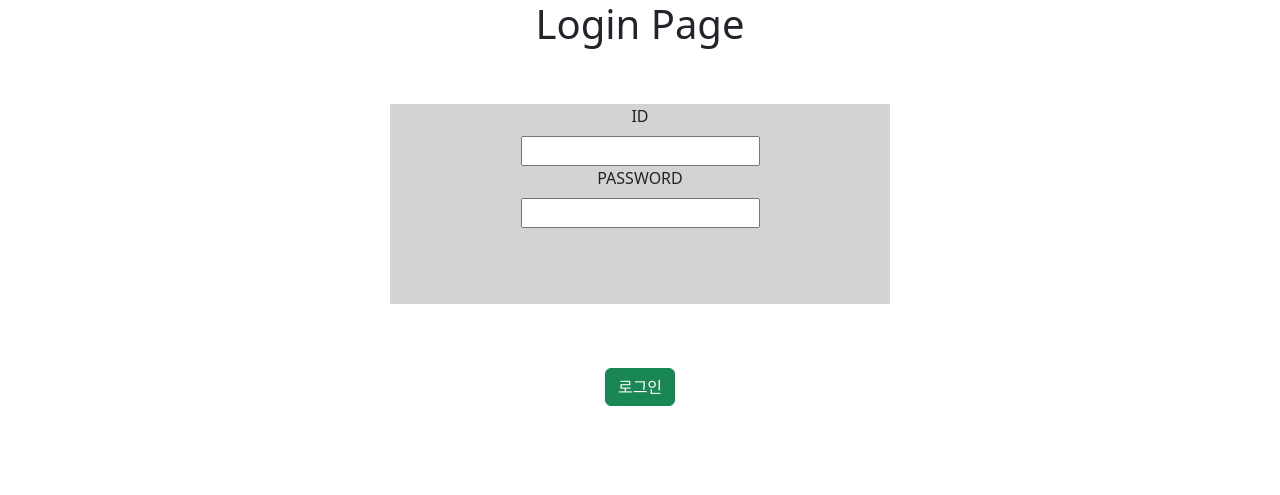
Repository: doridori890130/JSP
Page: http://localhost/jsp_project/mem/login
These files come from the project's save history. The page is drawn as it stood at one moment and after the next save; the edit follows.
The browser window is 1280 px wide. The pictures show the whole page.
The page is served by Tomcat 9.

Above is the page before, as saved 2023-06-01 03:59:13.

After the next save:
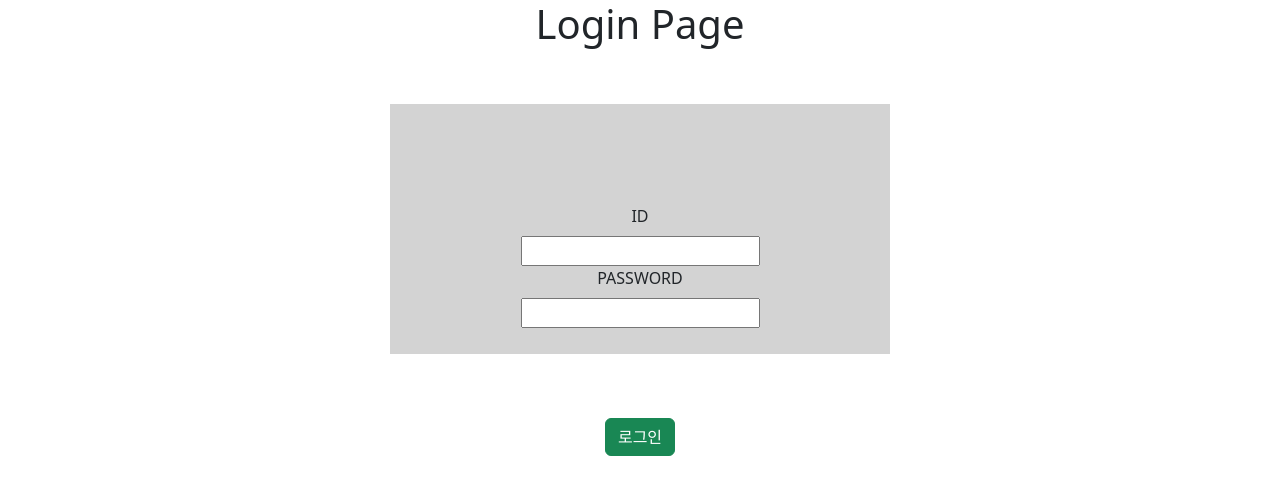
Saved 23 s later.
--- a/jsp_project4/jsp_project/src/main/webapp/member/login.jsp
+++ b/jsp_project4/jsp_project/src/main/webapp/member/login.jsp
@@ -18,6 +18,7 @@
  	width: 500px;
  	height: 200px;
  	margin: auto;
+ 	padding-top: 50px
  }
 </style>
 <title>Insert title here</title>
